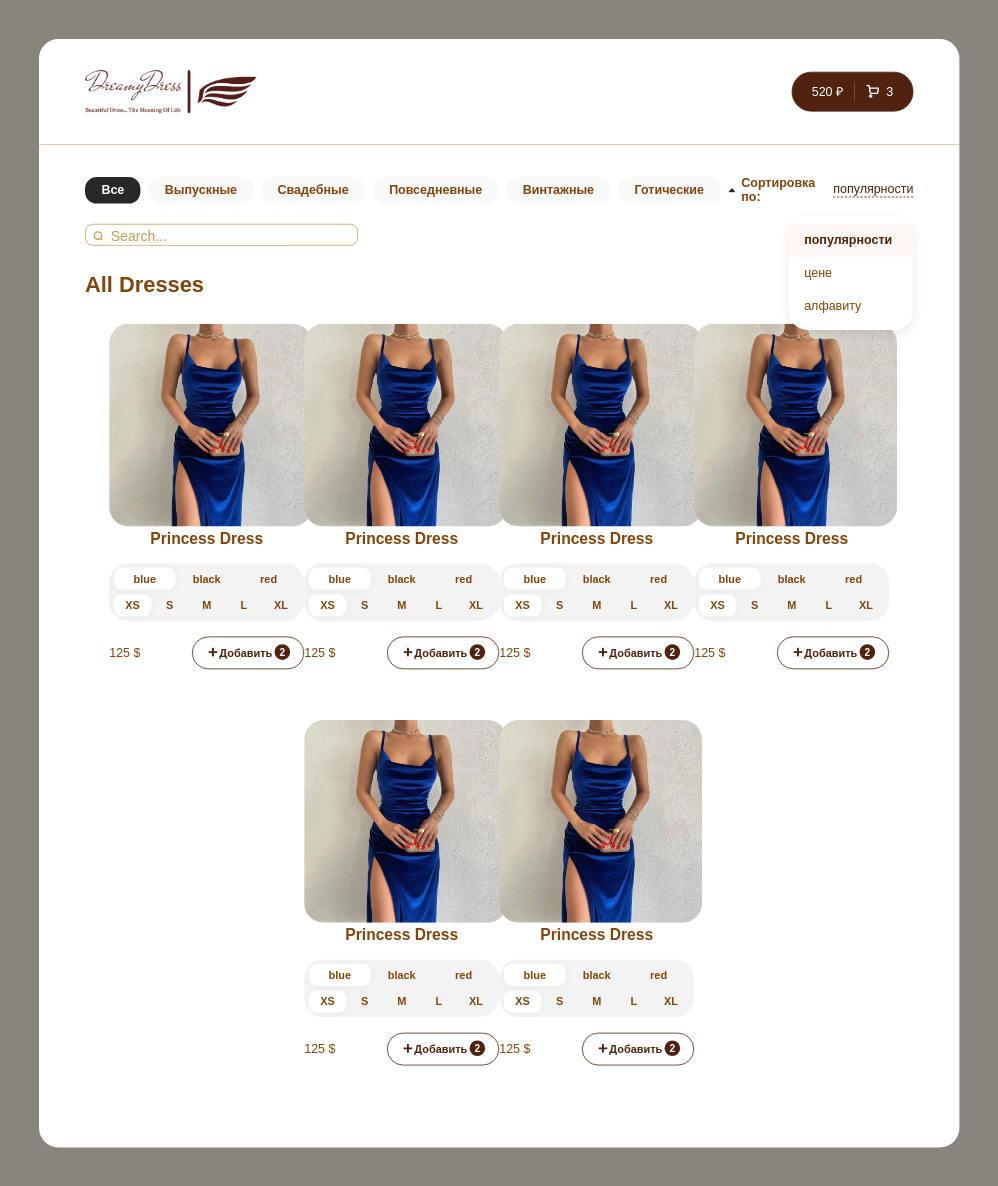
Repository: DisasterWoman/SPA-shop
Page: /
The author's editor kept a copy of each file at every save. The page is drawn from the files as they stood at one save, then again after a run of saves.
The browser window is 1280 px wide. The pictures show the whole page, at 78% of full size.
Some web fonts or font styles are not loaded; a fallback is used. The project was rebuilt for these pictures with package versions that can differ from the ones it lists, and the page was loaded fresh each time.

Above is the page before, as saved 2022-11-29 18:22:23.

After the next 2 saves:
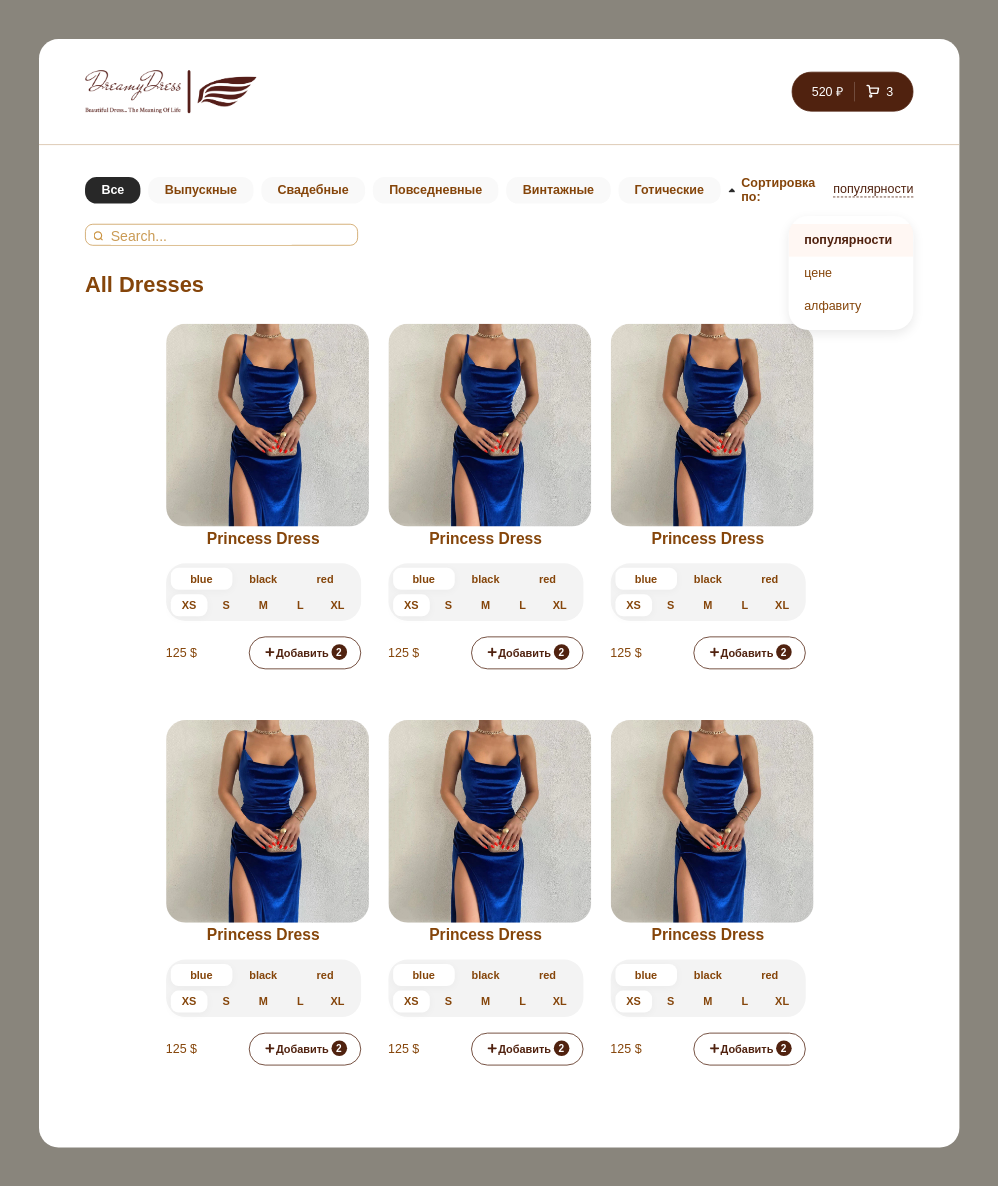
The 2 saves are shown as one change because they came seconds apart.
The last was saved 23 s later.
--- a/src/components/DressBlock/_dress-block.scss
+++ b/src/components/DressBlock/_dress-block.scss
@@ -4,7 +4,7 @@
   width: 250px;
   text-align: center;
   margin-bottom: 65px;
-
+  margin-right: 35px;
   // &:not(:nth-of-type(4n)) {
   //   margin-right: 35px;
   // }
